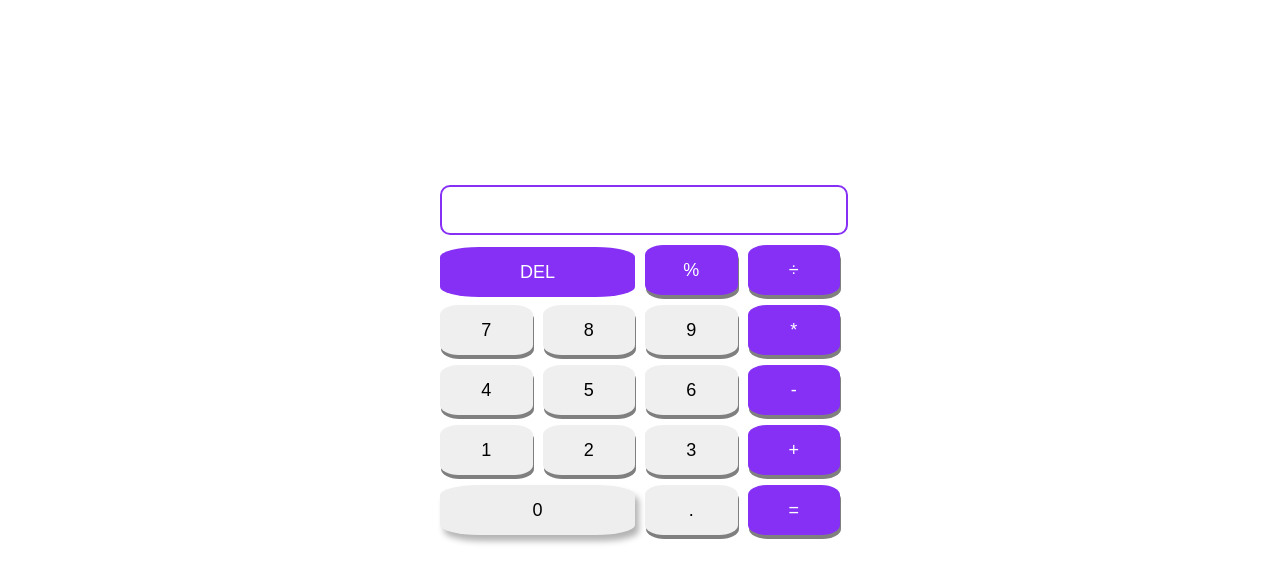
Repository: zlazlazla35/calculator
Page: /, after clicking the first element matching `button.sc-fhHczv`
These files come from the project's save history. The page is drawn as it stood at one moment and after the next save; the edit follows.
The browser window is 1280 px wide. The pictures show the whole page.
The project was rebuilt for these pictures with package versions that can differ from the ones it lists, and the page was loaded fresh each time.

Above is the page before, as saved 2024-10-15 16:13:25.

### public/index.html
<!DOCTYPE html>
<html lang="en">
  <head>
    <meta charset="utf-8" />
    <link rel="icon" href="%PUBLIC_URL%/favicon.png" />
    <meta name="viewport" content="width=device-width, initial-scale=1" />
    <meta name="theme-color" content="#000000" />
    <meta
      name="description"
      content="Web site created using create-react-app"
    />
    <link rel="apple-touch-icon" href="%PUBLIC_URL%/logo192.png" />
    <!--
      manifest.json provides metadata used when your web app is installed on a
      user's mobile device or desktop. See https://developers.google.com/web/fundamentals/web-app-manifest/
    -->
    <link rel="manifest" href="%PUBLIC_URL%/manifest.json" />
    <!--
      Notice the use of %PUBLIC_URL% in the tags above.
      It will be replaced with the URL of the `public` folder during the build.
      Only files inside the `public` folder can be referenced from the HTML.

      Unlike "/favicon.ico" or "favicon.ico", "%PUBLIC_URL%/favicon.ico" will
      work correctly both with client-side routing and a non-root public URL.
      Learn how to configure a non-root public URL by running `npm run build`.
    -->
    <title>계산기</title>
  </head>
  <body>
    <noscript>You need to enable JavaScript to run this app.</noscript>
    <div id="root"></div>
    <!--
      This HTML file is a template.
      If you open it directly in the browser, you will see an empty page.

      You can add webfonts, meta tags, or analytics to this file.
      The build step will place the bundled scripts into the <body> tag.

      To begin the development, run `npm start` or `yarn start`.
      To create a production bundle, use `npm run build` or `yarn build`.
    -->
  </body>
</html>

### src/App.js
import styled from "styled-components";
import './App.css';
import {  useEffect, useRef, useState } from 'react';

let Calculating = styled.div`
  width : 100%;
  margin : 0 auto;
`

let Btnbox = styled.div`
  width : 100%
  background-color: #fff;
  font-size : 18px;
  border-radius: 35%;
  display: grid;
  grid-template-columns: repeat(4, 1fr);
  gap : 10px 10px;
`

let Btn = styled.button`
  width : 100%;
  background-color: ${ props => props.bg };
  color : ${props =>  props.bg == '#8630f5' ? '#fff' :  '#000'  };
  font-size : 18px;
  border-radius: 20%;
  height : 50px;
  border: none;
  box-shadow: 1px 4px 0 rgb(0,0,0,0.5);
  transition-duration: 0.3s;
`

let ZeroBtn = styled.button`
  width : 100%;
  background-color: #eee;
  font-size : 18px;
  border-radius: 20%;
  height : 50px;
  border: none;
  box-shadow: 4px 6px 6px rgba(0, 0, 0, 0.3);
  grid-column: 1/3;
  transition-duration: 0.3s;
`




function App() {

  const [num, setNum] = useState("");
  const [afterNum, setAfterNum] = useState("");

  const [oper, setOper] = useState("");
  const [oper2, setOper2] = useState(false);
  const output = useRef();
  const active = `active`



  const getNum = (e)=>{
    if(oper2 == false){
      setNum( (prev) => prev + e.target.value );
    }

    if(oper2 == true){
      setAfterNum( (prev) => prev + e.target.value  )
    }

  }

  const getOper = (e)=>{
    setOper( () => e.target.value );
    setOper2(true);

      calResult();
      click(e.target )
  }


  const calResult = ()=>{
    switch(oper){
      case '+':
        let result = num
        result =  Number(num) + Number(afterNum)
        setNum(result);
        setAfterNum("")
        break;

      case '-':
        let result2 = num
        result2 =  Number(num) - Number(afterNum)
        setNum(result2)
        setAfterNum("")
        break;

      case '*':
        let result3 = num
        result3 =  Number(num) * Number(afterNum)
        setNum(result3)
        setAfterNum("")
        break;

      case '÷':
        let result4 = num
        result4 =  Number(num) / Number(afterNum)
        setNum(result4)
        setAfterNum("")
        break;

    }

  }


  useEffect(()=>{
    if(oper == "="){
      setOper("")
    }if(oper == "del"){
      setNum("");
      setAfterNum("");
      setOper("");
      setOper2(false);
      output.current.style.color = '#fff'
    }else{
            output.current.style.color = '#232323'
    }
  }, [oper])



  // useEffect(()=>{
  //   console.log(output.current)
  // }, [output])

  function click(a){
    a.classList.add(active);
    // console.log(a.classList.add(active))
  }


  return (
    <div className="App">
      <div className="contents">
        <Calculating>
            <input className="output" ref={output} value={ num + oper  + afterNum  }/>
          <Btnbox>
            {/* <Btn value='ac' onClick={getOper} bg="#8630f5">AC</Btn> */}
            <Btn value='del' style={{gridColumn : '1/3'}} onClick={getOper} bg="#8630f5">DEL</Btn>
            <Btn value='%' onClick={getOper} bg="#8630f5">%</Btn>
            <Btn value='÷' onClick={getOper} bg="#8630f5">÷</Btn>
            <Btn value={7} onClick={getNum}>7</Btn>
            <Btn value={8} onClick={getNum}>8</Btn>
            <Btn value={9} onClick={getNum}>9</Btn>
            <Btn value='*' onClick={getOper}  bg="#8630f5">*</Btn>
            <Btn value={4} onClick={getNum}>4</Btn>
            <Btn value={5} onClick={getNum}>5</Btn>
            <Btn value={6} onClick={getNum}>6</Btn>
            <Btn value='-'  onClick={getOper}  bg="#8630f5">-</Btn>
            <Btn value={1} onClick={getNum}>1</Btn>
            <Btn value={2} onClick={getNum}>2</Btn>
            <Btn value={3} onClick={getNum}>3</Btn>
            <Btn value="+"  onClick={getOper} bg="#8630f5">+</Btn>
            <ZeroBtn value={0} onClick={getNum}>0</ZeroBtn>
            <Btn value='.' onClick={getNum}>.</Btn>
            <Btn value='='  onClick={getOper} bg="#8630f5"> =</Btn>
          </Btnbox>
        </Calculating>
      </div>
    </div>
  );
}

export default App;

// 버튼 클릭시 그 버튼한테 active 클레스명 잠깐 붙였다가 떼어주기

### src/App.css
.App {
  text-align: center;
}

.App-logo {
  height: 40vmin;
  pointer-events: none;
}

@media (prefers-reduced-motion: no-preference) {
  .App-logo {
    animation: App-logo-spin infinite 20s linear;
  }
}

.App-header {
  background-color: #282c34;
  min-height: 100vh;
  display: flex;
  flex-direction: column;
  align-items: center;
  justify-content: center;
  font-size: calc(10px + 2vmin);
  color: white;
}

.App-link {
  color: #61dafb;
}

@keyframes App-logo-spin {
  from {
    transform: rotate(0deg);
  }
  to {
    transform: rotate(360deg);
  }
}
.App {width: 100%; height: 100vh; display: flex; align-items: center; justify-content: center;}
.contents {width: 100%; max-width: 400px; }
input {width: 100%; height: 44px; margin-bottom: 10px; border: 2px solid #8630f5; border-radius: 10px;}
input:focus {outline: #8630f5; }
.active {   box-shadow: 0px 0px 0 rgb(0,0,0,0.5) !important;
  position: relative;
  top:2px;
}

Loaded but not shown: src/index.js (common file); src/index.css (common file); src/reportWebVitals.js (common file)

After the next save:
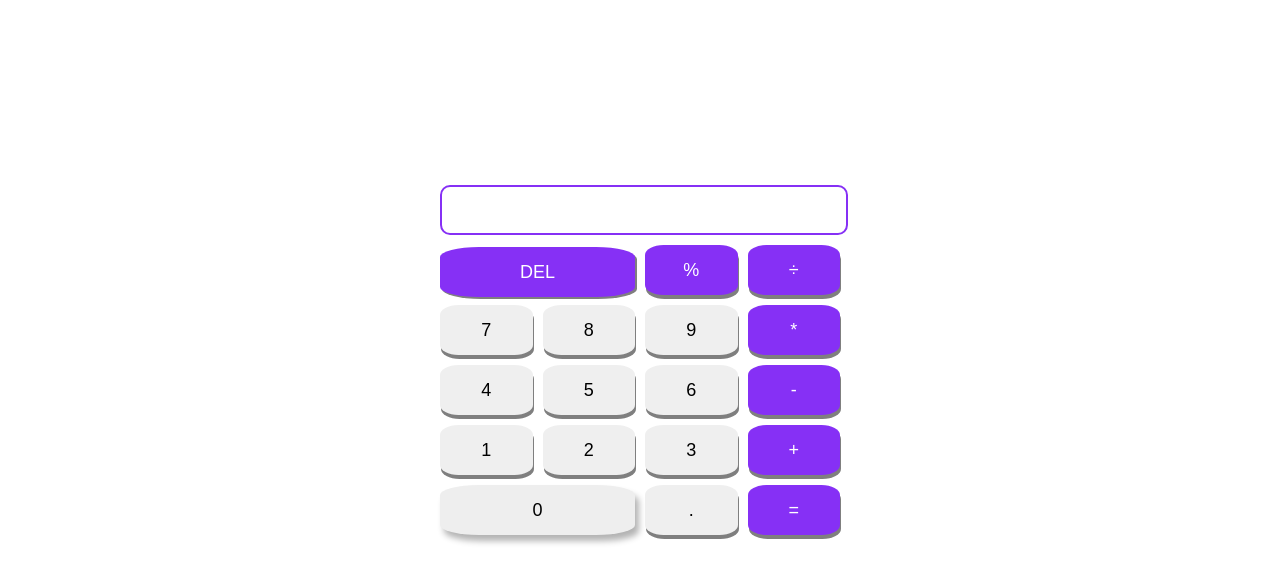
Saved 11 s later.
--- a/src/App.css
+++ b/src/App.css
@@ -40,7 +40,7 @@
 .contents {width: 100%; max-width: 400px; }
 input {width: 100%; height: 44px; margin-bottom: 10px; border: 2px solid #8630f5; border-radius: 10px;}
 input:focus {outline: #8630f5; }
-.active {   box-shadow: 0px 0px 0 rgb(0,0,0,0.5) !important;
+.active {   box-shadow: 2px 2px 0 rgb(0,0,0,0.5) !important;
   position: relative;
   top:2px;
 }
